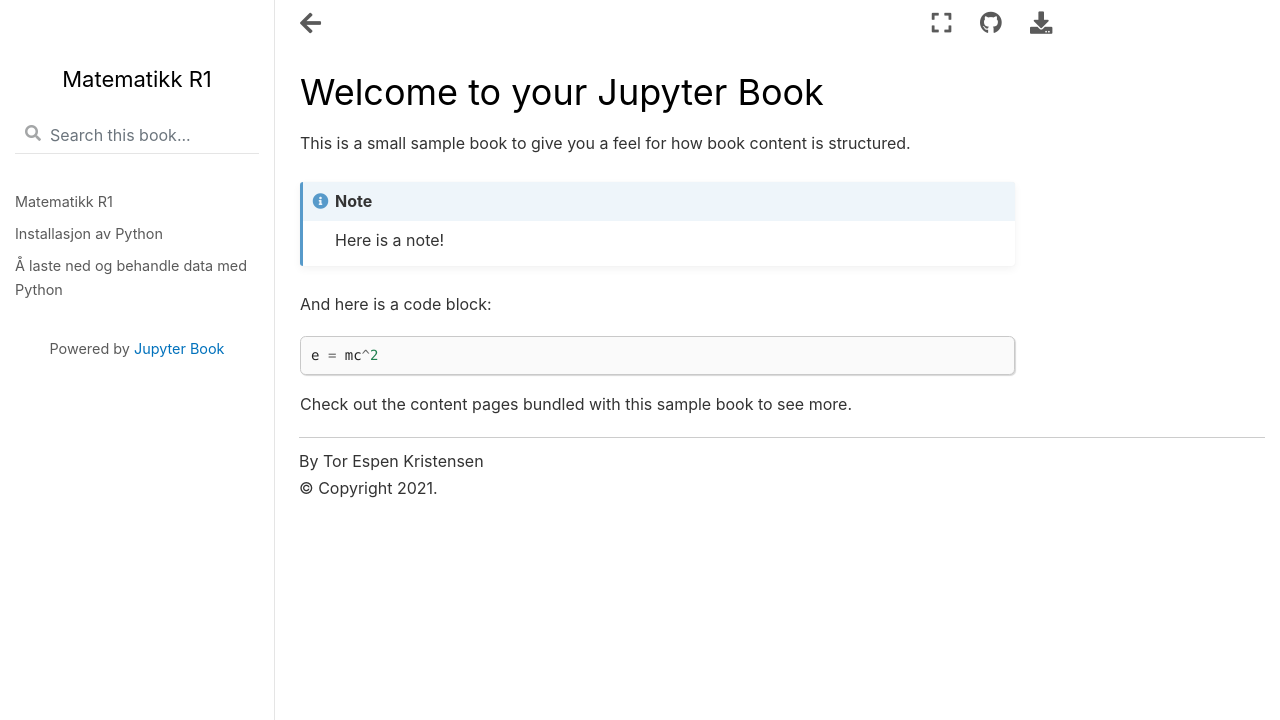
Repository: tork73/R1
Page: R1-programmering/_build/html/intro.html
An editor plug-in stored every save of this project. The page is shown before and after the next save, followed by the edit.
The browser window is 1280 px wide. The pictures show the whole page.

Above is the page before, as saved 2022-01-14 13:01:07.

### R1-programmering/_build/html/intro.html

<!DOCTYPE html>

<html>
  <head>
    <meta charset="utf-8" />
    <meta name="viewport" content="width=device-width, initial-scale=1.0" />
    <title>Welcome to your Jupyter Book &#8212; Matematikk R1</title>

  <link href="../_static/css/theme.css" rel="stylesheet">
  <link href="../_static/css/index.ff1ffe594081f20da1ef19478df9384b.css" rel="stylesheet">


  <link rel="stylesheet"
    href="../_static/vendor/fontawesome/5.13.0/css/all.min.css">
  <link rel="preload" as="font" type="font/woff2" crossorigin
    href="../_static/vendor/fontawesome/5.13.0/webfonts/fa-solid-900.woff2">
  <link rel="preload" as="font" type="font/woff2" crossorigin
    href="../_static/vendor/fontawesome/5.13.0/webfonts/fa-brands-400.woff2">





    <link rel="stylesheet" type="text/css" href="../_static/pygments.css" />
    <link rel="stylesheet" type="text/css" href="../_static/sphinx-book-theme.css?digest=c3fdc42140077d1ad13ad2f1588a4309" />
    <link rel="stylesheet" type="text/css" href="../_static/togglebutton.css" />
    <link rel="stylesheet" type="text/css" href="../_static/copybutton.css" />
    <link rel="stylesheet" type="text/css" href="../_static/mystnb.css" />
    <link rel="stylesheet" type="text/css" href="../_static/sphinx-thebe.css" />
    <link rel="stylesheet" type="text/css" href="../_static/proof.css" />
    <link rel="stylesheet" type="text/css" href="../_static/panels-main.c949a650a448cc0ae9fd3441c0e17fb0.css" />
    <link rel="stylesheet" type="text/css" href="../_static/panels-variables.06eb56fa6e07937060861dad626602ad.css" />

  <link rel="preload" as="script" href="../_static/js/index.be7d3bbb2ef33a8344ce.js">

    <script data-url_root="../" id="documentation_options" src="../_static/documentation_options.js"></script>
    <script src="../_static/jquery.js"></script>
    <script src="../_static/underscore.js"></script>
    <script src="../_static/doctools.js"></script>
    <script src="../_static/togglebutton.js"></script>
    <script src="../_static/clipboard.min.js"></script>
    <script src="../_static/copybutton.js"></script>
    <script>var togglebuttonSelector = '.toggle, .admonition.dropdown, .tag_hide_input div.cell_input, .tag_hide-input div.cell_input, .tag_hide_output div.cell_output, .tag_hide-output div.cell_output, .tag_hide_cell.cell, .tag_hide-cell.cell';</script>
    <script src="../_static/sphinx-book-theme.d59cb220de22ca1c485ebbdc042f0030.js"></script>
    <script async="async" src="https://unpkg.com/thebe@0.5.1/lib/index.js"></script>
    <script>
        const thebe_selector = ".thebe"
        const thebe_selector_input = "pre"
        const thebe_selector_output = ".output"
    </script>
    <script async="async" src="../_static/sphinx-thebe.js"></script>
    <link rel="index" title="Index" href="../genindex.html" />
    <link rel="search" title="Search" href="../search.html" />
    <meta name="viewport" content="width=device-width, initial-scale=1" />
    <meta name="docsearch:language" content="None">


    <!-- Google Analytics -->

  </head>
  <body data-spy="scroll" data-target="#bd-toc-nav" data-offset="80">

    <div class="container-fluid" id="banner"></div>



    <div class="container-xl">
      <div class="row">

<div class="col-12 col-md-3 bd-sidebar site-navigation show" id="site-navigation">

        <div class="navbar-brand-box">
    <a class="navbar-brand text-wrap" href="../index.html">



      <h1 class="site-logo" id="site-title">Matematikk R1</h1>

    </a>
</div><form class="bd-search d-flex align-items-center" action="../search.html" method="get">
  <i class="icon fas fa-search"></i>
  <input type="search" class="form-control" name="q" id="search-input" placeholder="Search this book..." aria-label="Search this book..." autocomplete="off" >
</form><nav class="bd-links" id="bd-docs-nav" aria-label="Main">
    <div class="bd-toc-item active">
        <ul class="nav bd-sidenav">
 <li class="toctree-l1">
  <a class="reference internal" href="../intro.html">
   Matematikk R1
  </a>
 </li>
</ul>
<ul class="nav bd-sidenav">
 <li class="toctree-l1">
  <a class="reference internal" href="../innledning-programmering.html">
   Installasjon av Python
  </a>
 </li>
 <li class="toctree-l1">
  <a class="reference internal" href="../data-pandas.html">
   Å laste ned og behandle data med Python
  </a>
 </li>
</ul>

    </div>
</nav> <!-- To handle the deprecated key -->

<div class="navbar_extra_footer">
  Powered by <a href="https://jupyterbook.org">Jupyter Book</a>
</div>

</div>






<main class="col py-md-3 pl-md-4 bd-content overflow-auto" role="main">

    <div class="topbar container-xl fixed-top">
    <div class="topbar-contents row">
        <div class="col-12 col-md-3 bd-topbar-whitespace site-navigation show"></div>
        <div class="col pl-md-4 topbar-main">

            <button id="navbar-toggler" class="navbar-toggler ml-0" type="button" data-toggle="collapse"
                data-toggle="tooltip" data-placement="bottom" data-target=".site-navigation" aria-controls="navbar-menu"
                aria-expanded="true" aria-label="Toggle navigation" aria-controls="site-navigation"
                title="Toggle navigation" data-toggle="tooltip" data-placement="left">
                <i class="fas fa-bars"></i>
                <i class="fas fa-arrow-left"></i>
                <i class="fas fa-arrow-up"></i>
            </button>


<div class="dropdown-buttons-trigger">
    <button id="dropdown-buttons-trigger" class="btn btn-secondary topbarbtn" aria-label="Download this page"><i
            class="fas fa-download"></i></button>

    <div class="dropdown-buttons">
        <!-- ipynb file if we had a myst markdown file -->

        <!-- Download raw file -->
        <a class="dropdown-buttons" href="../_sources/.history/intro_20220114130107.md"><button type="button"
                class="btn btn-secondary topbarbtn" title="Download source file" data-toggle="tooltip"
                data-placement="left">.md</button></a>
        <!-- Download PDF via print -->
        <button type="button" id="download-print" class="btn btn-secondary topbarbtn" title="Print to PDF"
                onclick="printPdf(this)" data-toggle="tooltip" data-placement="left">.pdf</button>
    </div>
</div>

            <!-- Source interaction buttons -->

<div class="dropdown-buttons-trigger">
    <button id="dropdown-buttons-trigger" class="btn btn-secondary topbarbtn"
        aria-label="Connect with source repository"><i class="fab fa-github"></i></button>
    <div class="dropdown-buttons sourcebuttons">
        <a class="repository-button"
            href="https://github.com/executablebooks/jupyter-book"><button type="button" class="btn btn-secondary topbarbtn"
                data-toggle="tooltip" data-placement="left" title="Source repository"><i
                    class="fab fa-github"></i>repository</button></a>
        <a class="issues-button"
            href="https://github.com/executablebooks/jupyter-book/issues/new?title=Issue%20on%20page%20%2F.history/intro_20220114130107.html&body=Your%20issue%20content%20here."><button
                type="button" class="btn btn-secondary topbarbtn" data-toggle="tooltip" data-placement="left"
                title="Open an issue"><i class="fas fa-lightbulb"></i>open issue</button></a>

    </div>
</div>

            <!-- Full screen (wrap in <a> to have style consistency -->

<a class="full-screen-button"><button type="button" class="btn btn-secondary topbarbtn" data-toggle="tooltip"
        data-placement="bottom" onclick="toggleFullScreen()" aria-label="Fullscreen mode"
        title="Fullscreen mode"><i
            class="fas fa-expand"></i></button></a>

            <!-- Launch buttons -->

        </div>

        <!-- Table of contents -->
        <div class="d-none d-md-block col-md-2 bd-toc show noprint">

        </div>
    </div>
</div>
    <div id="main-content" class="row">
        <div class="col-12 col-md-9 pl-md-3 pr-md-0">
            <!-- Table of contents that is only displayed when printing the page -->
            <div id="jb-print-docs-body" class="onlyprint">
                <h1>Welcome to your Jupyter Book</h1>
                <!-- Table of contents -->
                <div id="print-main-content">
                    <div id="jb-print-toc">

                    </div>
                </div>
            </div>

              <div>

  <div class="tex2jax_ignore mathjax_ignore section" id="welcome-to-your-jupyter-book">
<h1>Welcome to your Jupyter Book<a class="headerlink" href="#welcome-to-your-jupyter-book" title="Permalink to this headline">¶</a></h1>
<p>This is a small sample book to give you a feel for how book content is
structured.</p>
<div class="admonition note">
<p class="admonition-title">Note</p>
<p>Here is a note!</p>
</div>
<p>And here is a code block:</p>
<div class="highlight-default notranslate"><div class="highlight"><pre><span></span><span class="n">e</span> <span class="o">=</span> <span class="n">mc</span><span class="o">^</span><span class="mi">2</span>
</pre></div>
</div>
<p>Check out the content pages bundled with this sample book to see more.</p>
</div>

    <script type="text/x-thebe-config">
    {
        requestKernel: true,
        binderOptions: {
            repo: "binder-examples/jupyter-stacks-datascience",
            ref: "master",
        },
        codeMirrorConfig: {
            theme: "abcdef",
            mode: "python"
        },
        kernelOptions: {
            kernelName: "python3",
            path: "./.history"
        },
        predefinedOutput: true
    }
    </script>
    <script>kernelName = 'python3'</script>

              </div>


                <!-- Previous / next buttons -->
<div class='prev-next-area'>
</div>

        </div>
    </div>
    <footer class="footer">
  <p>

      By Tor Espen Kristensen<br/>

        &copy; Copyright 2021.<br/>
  </p>
</footer>
</main>


      </div>
    </div>

  <script src="../_static/js/index.be7d3bbb2ef33a8344ce.js"></script>

  </body>
</html>

### R1-programmering/_build/html/_static/togglebutton.css
/* Visibility of the target */
.toggle, div.admonition.toggle .admonition-title ~ * {
    transition: opacity .5s, height .5s;
}

.toggle-hidden:not(.admonition) {
    visibility: hidden;
    opacity: 0;
    height: 1.5em;
    margin: 0px;
    padding: 0px;
}

/* Overrides for admonition toggles */

/* Titles should cut off earlier to avoid overlapping w/ button */
div.admonition.toggle p.admonition-title {
    padding-right: 25%;
}

/* hides all the content of a page until de-toggled */
div.admonition.toggle-hidden .admonition-title ~ * {
    height: 0;
    margin: 0;
    float: left; /* so they overlap when hidden */
    opacity: 0;
    visibility: hidden;
}

/* Toggle buttons inside admonitions so we see the title */
.toggle.admonition {
    position: relative;
}

.toggle.admonition.admonition-title:after {
    content: "" !important;
}

/* Note, we'll over-ride this in sphinx-book-theme */
.toggle.admonition button.toggle-button {
    margin-right: 0.5em;
    right: 0em;
    position: absolute;
    top: .2em;
}

/* General button style */
button.toggle-button {
    background: #999;
    border: none;
    z-index: 100;
    right: -2.5em;
    margin-left: -2.5em; /* A hack to keep code blocks from being pushed left */
    position: relative;
    float: right;
    border-radius: 100%;
    width: 1.5em;
    height: 1.5em;
    padding: 0px;
}

@media (min-width: 768px) {
    button.toggle-button.toggle-button-hidden:before {
        content: "Click to show";
        position: absolute;
        font-size: .8em;
        left: -6.5em;
        bottom: .4em;
    }
}


/* Plus / minus toggles */
.toggle-button .bar {
    background-color: white;
    position: absolute;
    left: 15%;
    top: 43%;
    width: 16px;
    height: 3px;
}

.toggle-button .vertical {
    transition: all 0.25s ease-in-out;
    transform-origin: center;
}

.toggle-button-hidden .vertical {
    transform: rotate(-90deg);
}

### R1-programmering/_build/html/_static/copybutton.css
/* Copy buttons */
button.copybtn {
    position: absolute;
    display: flex;
    top: .3em;
    right: .5em;
    width: 1.7em;
    height: 1.7em;
	opacity: 0;
    transition: opacity 0.3s, border .3s, background-color .3s;
    user-select: none;
    padding: 0;
    border: none;
    outline: none;
    border-radius: 0.4em;
    border: #e1e1e1 1px solid;
    background-color: rgb(245, 245, 245);
}

button.copybtn.success {
    border-color: #22863a;
}

button.copybtn img {
    width: 100%;
    padding: .2em;
}

div.highlight  {
    position: relative;
}

.highlight:hover button.copybtn {
	opacity: 1;
}

.highlight button.copybtn:hover {
    background-color: rgb(235, 235, 235);
}

.highlight button.copybtn:active {
    background-color: rgb(187, 187, 187);
}

/**
 * A minimal CSS-only tooltip copied from:
 *   https://codepen.io/mildrenben/pen/rVBrpK
 *
 * To use, write HTML like the following:
 *
 * <p class="o-tooltip--left" data-tooltip="Hey">Short</p>
 */
 .o-tooltip--left {
  position: relative;
 }

 .o-tooltip--left:after {
    opacity: 0;
    visibility: hidden;
    position: absolute;
    content: attr(data-tooltip);
    padding: .2em;
    font-size: .8em;
    left: -.2em;
    background: grey;
    color: white;
    white-space: nowrap;
    z-index: 2;
    border-radius: 2px;
    transform: translateX(-102%) translateY(0);
    transition: opacity 0.2s cubic-bezier(0.64, 0.09, 0.08, 1), transform 0.2s cubic-bezier(0.64, 0.09, 0.08, 1);
}

.o-tooltip--left:hover:after {
    display: block;
    opacity: 1;
    visibility: visible;
    transform: translateX(-100%) translateY(0);
    transition: opacity 0.2s cubic-bezier(0.64, 0.09, 0.08, 1), transform 0.2s cubic-bezier(0.64, 0.09, 0.08, 1);
    transition-delay: .5s;
}

### R1-programmering/_build/html/_static/sphinx-thebe.css
/* Thebelab Buttons */
.thebelab-button {
    z-index: 999;
    display: inline-block;
    padding: 0.35em 1.2em;
    margin: 0px 1px;
    border-radius: 0.12em;
    box-sizing:  border-box;
    text-decoration: none;
    font-family: 'Roboto', sans-serif;
    font-weight: 300;
    text-align: center;
    transition: all 0.2s;
    background-color: #dddddd;
    border: 0.05em solid white;
    color: #000000;
}

.thebelab-button:hover{
    border: 0.05em solid black;
    background-color: #fcfcfc;
}

.thebe-launch-button {
    height: 2.2em;
    font-size: .8em;
    border: 1px black solid;
}

/* Thebelab Cell */
.thebelab-cell pre {
  background: none;
}

.thebelab-cell .thebelab-input {
    padding-left: 1em;
    margin-bottom: .5em;
    margin-top: .5em;
}

.thebelab-cell .jp-OutputArea {
    margin-top: .5em;
    margin-left: 1em;
}

button.thebelab-button.thebelab-run-button {
    margin-left: 1.5em;
    margin-bottom: .5em;
}

/* Loading button */
button.thebe-launch-button div.spinner {
    float: left;
    margin-right: 1em;
}

/* Remove the spinner when thebelab is ready */
.thebe-launch-button.thebe-status-ready .spinner {
    display: none;
}

.thebe-launch-button span.status {
    font-family: monospace;
    font-weight: bold;
}

.thebe-launch-button.thebe-status-ready span.status {
    color: green;
}

.spinner {
    height: 2em;
    text-align: center;
    font-size: 0.7em;
  }

  .spinner > div {
    background-color: #F37726;
    height: 100%;
    width: 6px;
    display: inline-block;

    -webkit-animation: sk-stretchdelay 1.2s infinite ease-in-out;
    animation: sk-stretchdelay 1.2s infinite ease-in-out;
  }

  .spinner .rect2 {
    -webkit-animation-delay: -1.1s;
    animation-delay: -1.1s;
  }

  .spinner .rect3 {
    -webkit-animation-delay: -1.0s;
    animation-delay: -1.0s;
  }

  .spinner .rect4 {
    -webkit-animation-delay: -0.9s;
    animation-delay: -0.9s;
  }

  .spinner .rect5 {
    -webkit-animation-delay: -0.8s;
    animation-delay: -0.8s;
  }

  @-webkit-keyframes sk-stretchdelay {
    0%, 40%, 100% { -webkit-transform: scaleY(0.4) }
    20% { -webkit-transform: scaleY(1.0) }
  }

  @keyframes sk-stretchdelay {
    0%, 40%, 100% {
      transform: scaleY(0.4);
      -webkit-transform: scaleY(0.4);
    }  20% {
      transform: scaleY(1.0);
      -webkit-transform: scaleY(1.0);
    }
  }

### R1-programmering/_build/html/_static/panels-main.c949a650a448cc0ae9fd3441c0e17fb0.css
details.dropdown .summary-title{padding-right:3em !important;-moz-user-select:none;-ms-user-select:none;-webkit-user-select:none;user-select:none}details.dropdown:hover{cursor:pointer}details.dropdown .summary-content{cursor:default}details.dropdown summary{list-style:none;padding:1em}details.dropdown summary .octicon.no-title{vertical-align:middle}details.dropdown[open] summary .octicon.no-title{visibility:hidden}details.dropdown summary::-webkit-details-marker{display:none}details.dropdown summary:focus{outline:none}details.dropdown summary:hover .summary-up svg,details.dropdown summary:hover .summary-down svg{opacity:1}details.dropdown .summary-up svg,details.dropdown .summary-down svg{display:block;opacity:.6}details.dropdown .summary-up,details.dropdown .summary-down{pointer-events:none;position:absolute;right:1em;top:.75em}details.dropdown[open] .summary-down{visibility:hidden}details.dropdown:not([open]) .summary-up{visibility:hidden}details.dropdown.fade-in[open] summary~*{-moz-animation:panels-fade-in .5s ease-in-out;-webkit-animation:panels-fade-in .5s ease-in-out;animation:panels-fade-in .5s ease-in-out}details.dropdown.fade-in-slide-down[open] summary~*{-moz-animation:panels-fade-in .5s ease-in-out, panels-slide-down .5s ease-in-out;-webkit-animation:panels-fade-in .5s ease-in-out, panels-slide-down .5s ease-in-out;animation:panels-fade-in .5s ease-in-out, panels-slide-down .5s ease-in-out}@keyframes panels-fade-in{0%{opacity:0}100%{opacity:1}}@keyframes panels-slide-down{0%{transform:translate(0, -10px)}100%{transform:translate(0, 0)}}.octicon{display:inline-block;fill:currentColor;vertical-align:text-top}.tabbed-content{box-shadow:0 -.0625rem var(--tabs-color-overline),0 .0625rem var(--tabs-color-underline);display:none;order:99;padding-bottom:.75rem;padding-top:.75rem;width:100%}.tabbed-content>:first-child{margin-top:0 !important}.tabbed-content>:last-child{margin-bottom:0 !important}.tabbed-content>.tabbed-set{margin:0}.tabbed-set{border-radius:.125rem;display:flex;flex-wrap:wrap;margin:1em 0;position:relative}.tabbed-set>input{opacity:0;position:absolute}.tabbed-set>input:checked+label{border-color:var(--tabs-color-label-active);color:var(--tabs-color-label-active)}.tabbed-set>input:checked+label+.tabbed-content{display:block}.tabbed-set>input:focus+label{outline-style:auto}.tabbed-set>input:not(.focus-visible)+label{outline:none;-webkit-tap-highlight-color:transparent}.tabbed-set>label{border-bottom:.125rem solid transparent;color:var(--tabs-color-label-inactive);cursor:pointer;font-size:var(--tabs-size-label);font-weight:700;padding:1em 1.25em .5em;transition:color 250ms;width:auto;z-index:1}html .tabbed-set>label:hover{color:var(--tabs-color-label-active)}

Loaded but not shown: R1-programmering/_build/html/_static/css/index.ff1ffe594081f20da1ef19478df9384b.css (library); R1-programmering/_build/html/_static/vendor/fontawesome/5.13.0/css/all.min.css (library); R1-programmering/_build/html/_static/sphinx-book-theme.css (library); R1-programmering/_build/html/_static/panels-variables.06eb56fa6e07937060861dad626602ad.css (common file); R1-programmering/_build/html/_static/js/index.be7d3bbb2ef33a8344ce.js (library); R1-programmering/_build/html/_static/documentation_options.js (common file); R1-programmering/_build/html/_static/jquery.js (library); R1-programmering/_build/html/_static/underscore.js (library); R1-programmering/_build/html/_static/clipboard.min.js (library); R1-programmering/_build/html/_static/doctools.js (323 lines, source omitted); R1-programmering/_build/html/_static/copybutton.js (197 lines, source omitted); R1-programmering/_build/html/_static/sphinx-thebe.js (96 lines, source omitted); R1-programmering/_build/html/_static/sphinx-book-theme.d59cb220de22ca1c485ebbdc042f0030.js (22 lines, source omitted); R1-programmering/_build/html/_static/togglebutton.js (76 lines, source omitted); R1-programmering/_build/html/_static/basic.css (905 lines, source omitted); R1-programmering/_build/html/_static/proof.css (196 lines, source omitted); R1-programmering/_build/html/_static/css/theme.css (120 lines, source omitted); R1-programmering/_build/html/_static/pygments.css (69 lines, source omitted); R1-programmering/_build/html/_static/mystnb.css (183 lines, source omitted)

After the next save:
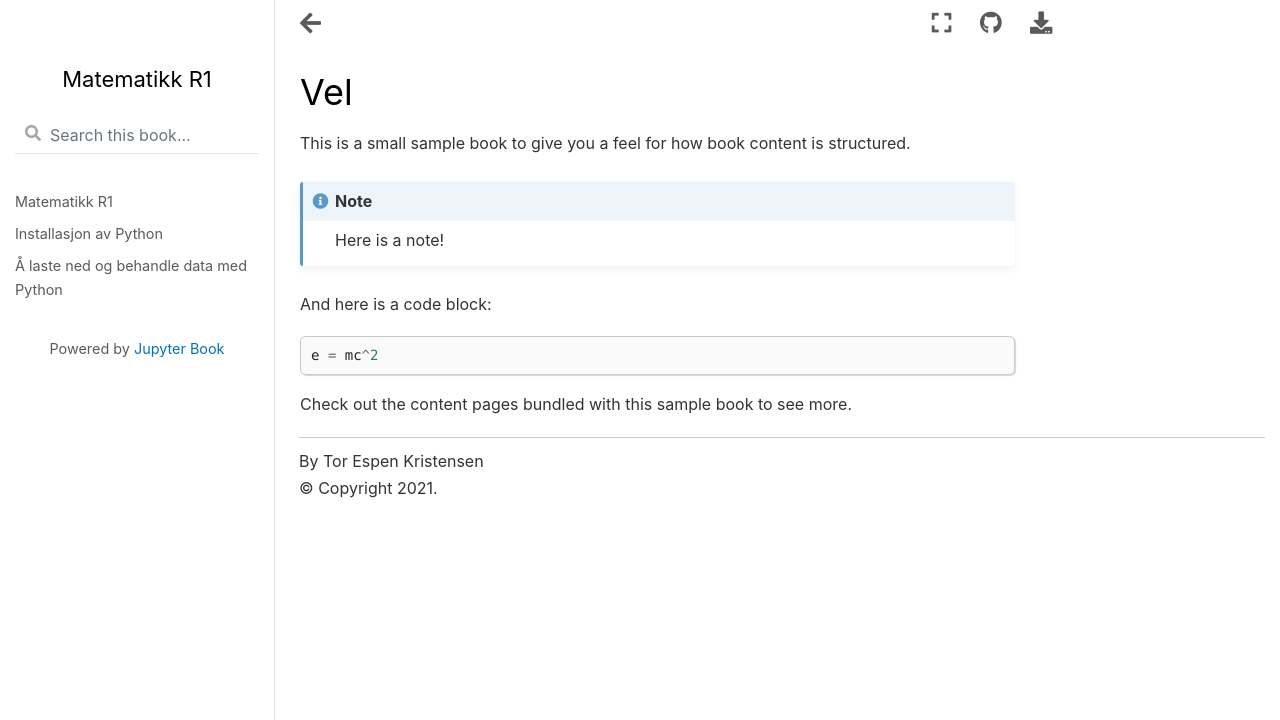
Saved 16 days later.
--- a/R1-programmering/_build/html/intro.html
+++ b/R1-programmering/_build/html/intro.html
@@ -5,7 +5,7 @@
   <head>
     <meta charset="utf-8" />
     <meta name="viewport" content="width=device-width, initial-scale=1.0" />
-    <title>Welcome to your Jupyter Book &#8212; Matematikk R1</title>
+    <title>Vel &#8212; Matematikk R1</title>
 
   <link href="../_static/css/theme.css" rel="stylesheet">
   <link href="../_static/css/index.ff1ffe594081f20da1ef19478df9384b.css" rel="stylesheet">
@@ -142,7 +142,7 @@
         <!-- ipynb file if we had a myst markdown file -->
 
         <!-- Download raw file -->
-        <a class="dropdown-buttons" href="../_sources/.history/intro_20220114130107.md"><button type="button"
+        <a class="dropdown-buttons" href="../_sources/.history/intro_20220131103203.md"><button type="button"
                 class="btn btn-secondary topbarbtn" title="Download source file" data-toggle="tooltip"
                 data-placement="left">.md</button></a>
         <!-- Download PDF via print -->
@@ -162,7 +162,7 @@
                 data-toggle="tooltip" data-placement="left" title="Source repository"><i
                     class="fab fa-github"></i>repository</button></a>
         <a class="issues-button"
-            href="https://github.com/executablebooks/jupyter-book/issues/new?title=Issue%20on%20page%20%2F.history/intro_20220114130107.html&body=Your%20issue%20content%20here."><button
+            href="https://github.com/executablebooks/jupyter-book/issues/new?title=Issue%20on%20page%20%2F.history/intro_20220131103203.html&body=Your%20issue%20content%20here."><button
                 type="button" class="btn btn-secondary topbarbtn" data-toggle="tooltip" data-placement="left"
                 title="Open an issue"><i class="fas fa-lightbulb"></i>open issue</button></a>
 
@@ -190,7 +190,7 @@
         <div class="col-12 col-md-9 pl-md-3 pr-md-0">
             <!-- Table of contents that is only displayed when printing the page -->
             <div id="jb-print-docs-body" class="onlyprint">
-                <h1>Welcome to your Jupyter Book</h1>
+                <h1>Vel</h1>
                 <!-- Table of contents -->
                 <div id="print-main-content">
                     <div id="jb-print-toc">
@@ -201,8 +201,8 @@
 
               <div>
 
-  <div class="tex2jax_ignore mathjax_ignore section" id="welcome-to-your-jupyter-book">
-<h1>Welcome to your Jupyter Book<a class="headerlink" href="#welcome-to-your-jupyter-book" title="Permalink to this headline">¶</a></h1>
+  <div class="tex2jax_ignore mathjax_ignore section" id="vel">
+<h1>Vel<a class="headerlink" href="#vel" title="Permalink to this headline">¶</a></h1>
 <p>This is a small sample book to give you a feel for how book content is
 structured.</p>
 <div class="admonition note">
